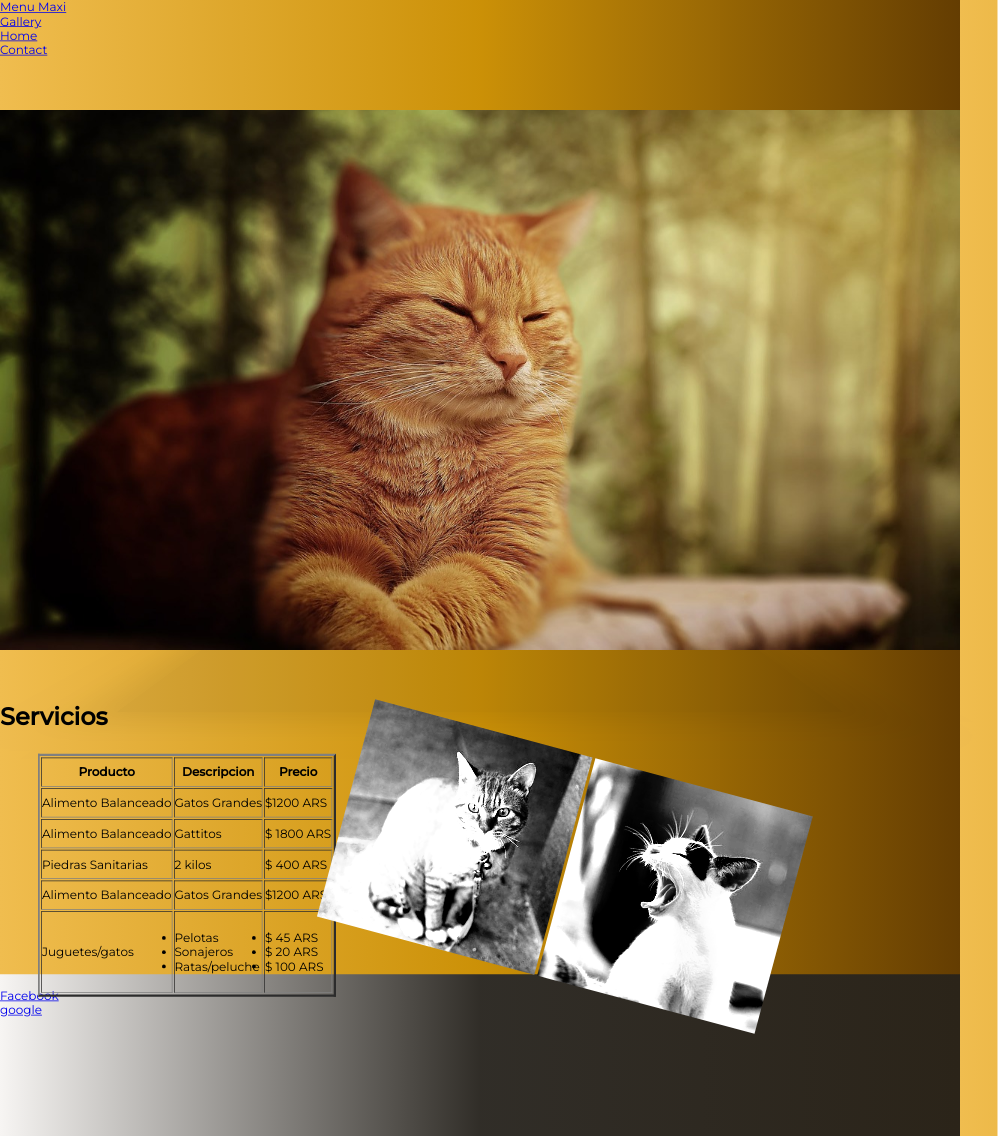
Repository: raul4264/final
Page: Services.html
These files come from the project's save history. The page is drawn as it stood at one moment and after the next save; the edit follows.
The browser window is 1280 px wide. The page is 1330 px wide, so the pictures cover 1330 px, including what lies to the right of the window. The pictures show the whole page, at 75% of full size.

Above is the page before, as saved 2021-03-26 11:41:13.

### Services.html
<!DOCTYPE html>
<html lang="en">

<head>
    <meta charset="UTF-8">
    <meta http-equiv="X-UA-Compatible" content="IE=edge">
    <meta name="viewport" content="width=device-width, initial-scale=1.0">
    <title>Services</title>
    <link href="css/services.css" rel="stylesheet" type="text/css">
</head>

<body>
    <header>



            <nav>
                <ul class="uno">
                    <li class="item"><a href="menu_maxi.html">Menu Maxi</a></li>
                    <li class="item"><a href="Gallery.html">Gallery</a></li>
                    <li class="item"><a href="index.html">Home</a></li>
                    <li class="item"><a href="Contact.html">Contact</a></li>
                </ul>

            </nav>

        </header>



        <div class="thumb">
            <a href="https://www.google.com/" target="_blank">
                  <span>Tambien visite...</span>
            </a>
      </div>

        <h1>Servicios</h1>
        <section  class="table">

            <table border="3px" cellpadding="15px">
                <tr>
                    <th>Producto</th>
                    <th>Descripcion</th>
                    <th>Precio</th>
                </tr>
                <tr>
                    <td>Alimento Balanceado</td>
                    <td>Gatos Grandes</td>
                    <td> $1200 ARS</td>
                </tr>
                <tr>
                    <td>Alimento Balanceado</td>
                    <td>Gattitos</td>
                    <td>$ 1800 ARS</td>
                </tr>
                <tr>
                    <td>Piedras Sanitarias</td>
                    <td>2 kilos</td>
                    <td>$ 400 ARS</td>
                </tr>
                <tr>
                    <td>Alimento Balanceado</td>
                    <td>Gatos Grandes</td>
                    <td>$1200 ARS</td>
                </tr>
                <tr>
                    <td>Juguetes/gatos</td>
                    <td>
                        <ul>
                            <li>Pelotas</li>
                            <li>Sonajeros</li>
                            <li>Ratas/peluche</li>
                        </ul>
                    </td>
                    <td>
                        <ul>
                            <li>$ 45 ARS</li>
                            <li>$ 20 ARS</li>
                            <li>$ 100 ARS</li>
                        </ul>
                    </td>
                </tr>
            </table>
            <br>
            <figure>
                <img src="images/3.jpg">
                <img src="images/2.jpg">

              </figure>
        </section>




    </main>


        <footer>
            <br>

            <ol>
                <li><a href="http://www.facebook.com" target="blanck">Facebook</a>

                </li>
                <li><a href="http://www.google.com" target="blanck">google</a>

                </li>
            </ol>
            <br>
        </footer>
</body>

</html>

### css/services.css
@import url('https://fonts.googleapis.com/css2?family=Montserrat:wght@400;500&family=Poppins:wght@300&display=swap');
* {
    font-family: 'Montserrat', sans-serif;
    margin: 0;
    padding: 0;
}

body{
	margin: 0;
    padding: 0;
    transition:all 3s ease-in-out;
}
nav{

}
img{
    width: 300px;
    filter: contrast(1.8) brightness(1.5) grayscale(1)
}

@import url(https://fonts.googleapis.com/css?family=Open+Sans);


body {

    /* background: linear-gradient(rgb(248, 217, 158), rgb(70, 46, 1)); */
    background: rgb(240,189,79);
background: linear-gradient(90deg, rgba(240,189,79,1) 0%, rgba(203,144,6,0.9948354341736695) 50%, rgb(100, 61, 2) 100%);
    font-family: 'Open Sans', sans-serif;
    height: 100vh;
    margin:0;
}

.thumb {
    width: 100vw;
    height: 100vh;
    margin: 70px auto;
    perspective: 1000px;
    transition:all 3s ease-in-out;
}

.thumb a {
    display: block;
    width: 100%;
    height: 100%;
    background: linear-gradient(rgba(0, 0, 0, 0.4), rgba(0, 0, 0, 0.4)),
		url("../images/1.jpg");
    background-size: 0, cover;
    transform-style: preserve-3d;
    transition: all 0.5s;
}
 nav li{
    display: flex
height: 20vh;
}
.thumb:hover a {
    transform: rotateX(80deg);
    transform-origin: bottom;
}
.thumb a:after {
    content: '';
    position: absolute;
    left: 0;
    bottom: 0;
    width: 100%;
    height: 36px;
    background: inherit;
    background-size: cover, cover;
    background-position: bottom;
    transform: rotateX(90deg);
    transform-origin: bottom;
}
.thumb a span {
    color: white;
    text-transform: uppercase;
    position: absolute;
    top: 100%;
    left: 0;
    width: 100%;
    font: bold 12px/36px "Open Sans";
    text-align: center;
    transform: rotateX(-89.99deg);
    transform-origin: top;
    z-index: 1;
}
.thumb a:before {
    content: '';
    position: absolute;
    top: 0;
    left: 0;
    width: 100%;
    height: 100%;
    background: rgba(0, 0, 0, 0.5);
    box-shadow: 0 0 100px 50px rgba(0, 0, 0, 0.5);
    transition: all 0.5s;
    opacity: 0.15;
    transform: rotateX(95deg) translateZ(-80px) scale(0.75);
    transform-origin: bottom;
}

.thumb:hover a:before {
    opacity: 1;
    box-shadow: 0 0 25px 25px rgba(0, 0, 0, 0.5);
    transform: rotateX(0) translateZ(-60px) scale(0.85);
}
.table{
    display: flex;
    transform:translate(50px, 30px) ;
}

.table:hover{
   font-weight: bolder;
   color: chartreuse;
   font-size: 1em;
   font-family:Verdana, Geneva, Tahoma, sans-serif;
   transform:translate(70px, 30px) ;
}
figure{
   transform: rotate(15deg );
   /*  transform: translateX(129px); */
   padding-bottom: 20px;
}
figure:hover{
  /*  transform: rotate(15deg );*/
      transform: translate(22px 50px);
 }
footer{
    height: 30vh;
    background: rgb(34, 34, 33);
    background: linear-gradient(90deg, rgb(247, 245, 243) 0%, rgba(48, 45, 40, 0.995) 50%, rgb(43, 36, 25) 100%);
}

After the next save:
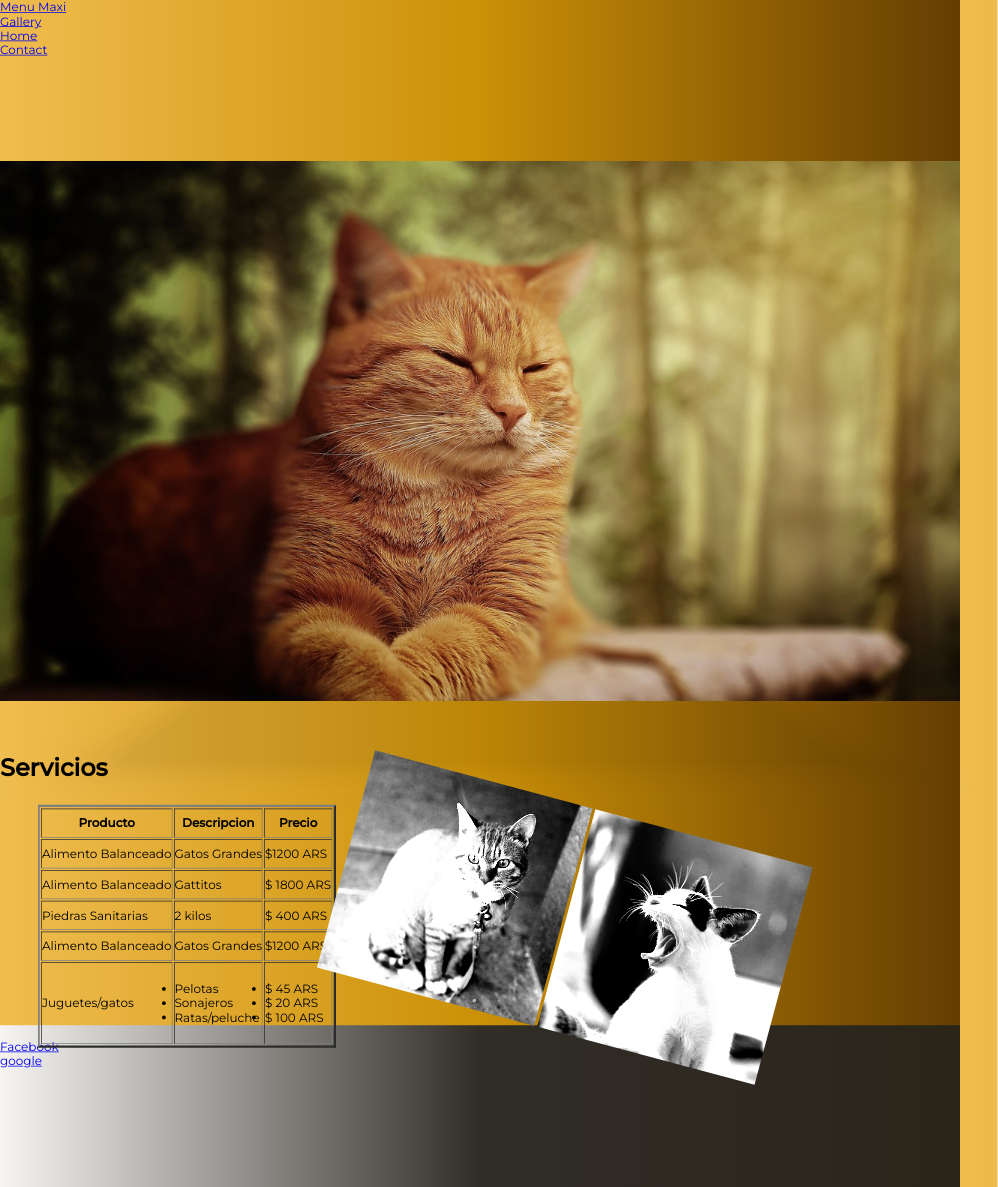
Saved 34 s later.
--- a/css/services.css
+++ b/css/services.css
@@ -49,9 +49,9 @@ background: linear-gradient(90deg, rgba(240,189,79,1) 0%, rgba(203,144,6,0.99483
     transform-style: preserve-3d;
     transition: all 0.5s;
 }
- nav li{
-    display: flex
-height: 20vh;
+ nav {
+    display: flex;
+    height: 20vh;
 }
 .thumb:hover a {
     transform: rotateX(80deg);
